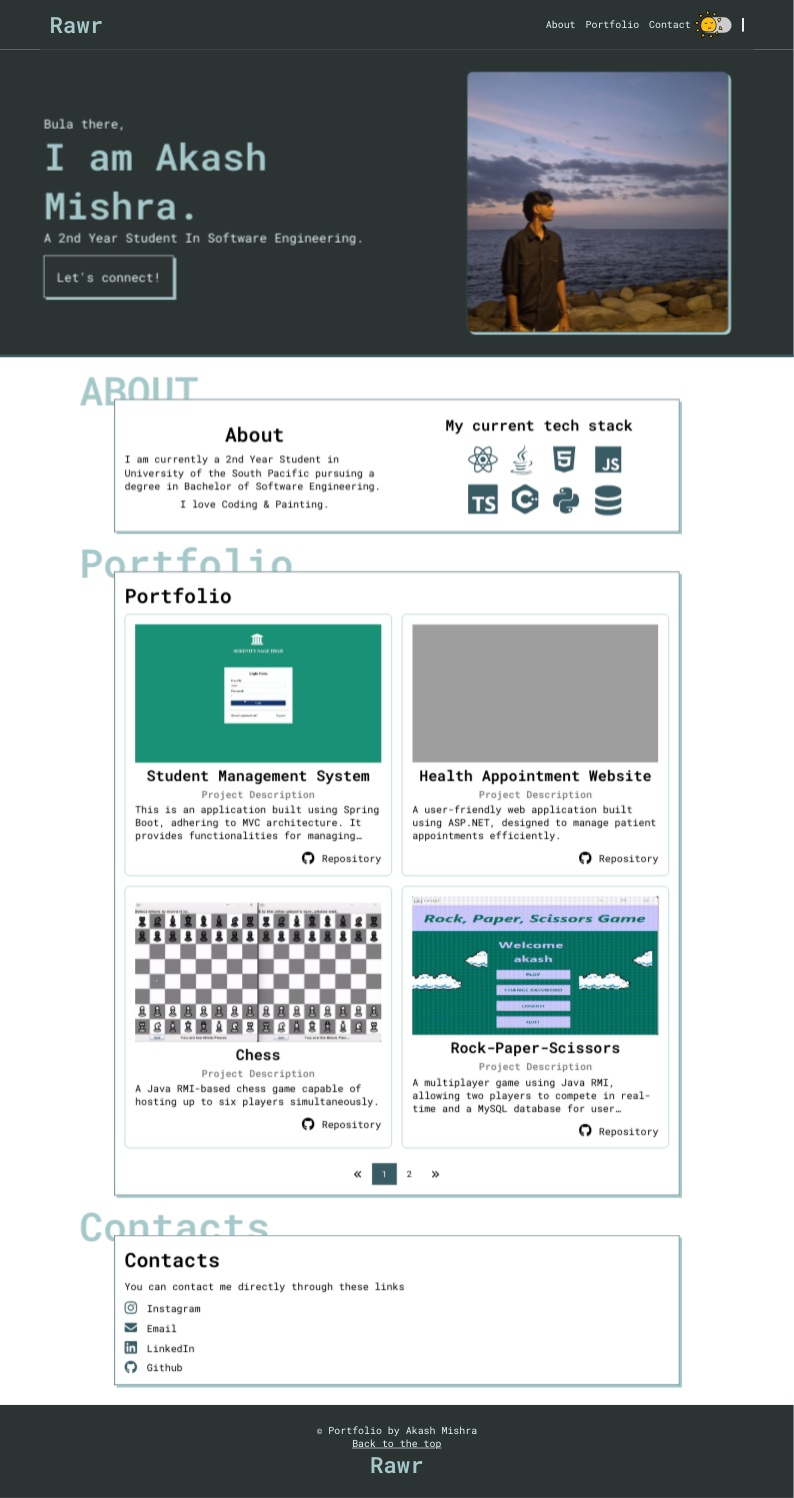
Repository: akashrawr/portfolio
Page: /
These files come from the project's save history. The page is drawn as it stood at one moment and after the next save; the edit follows.
The browser window is 1280 px wide. The pictures show the whole page, at 62% of full size.
Pictures or frames that could not be fetched are drawn as grey boxes. The project was rebuilt for these pictures with package versions that can differ from the ones it lists, and the page was loaded fresh each time.

Above is the page before, as saved 2025-01-01 18:57:21.

After the next save:
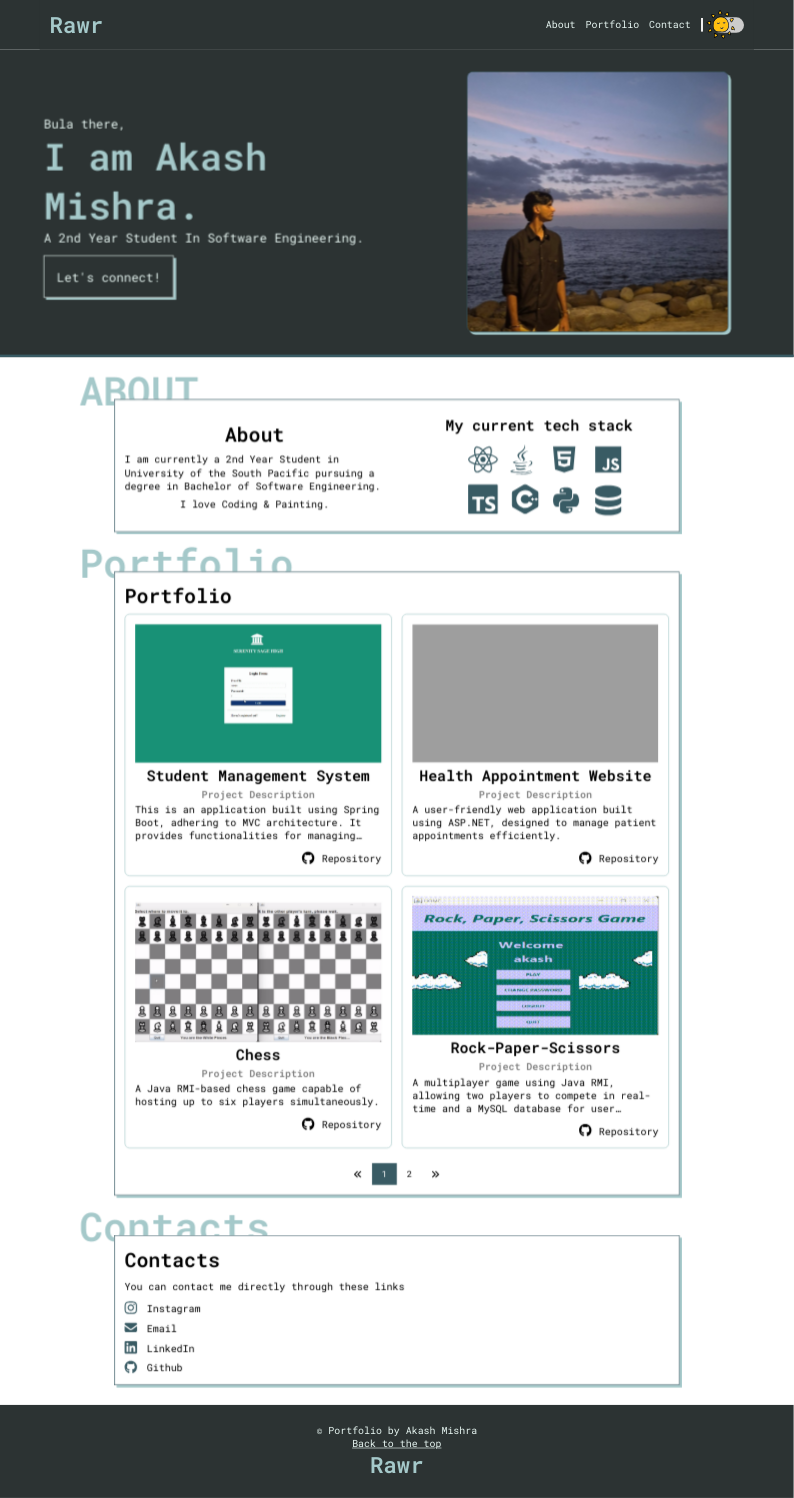
Saved 118 s later.
--- a/src/components/Header.js
+++ b/src/components/Header.js
@@ -32,24 +32,6 @@ function Header({ isNavVisible, toggleNav, darkMode, toggleDarkMode }) {
           <li>
             <a className="nav-link" href="#contact" onClick={toggleNav}>Contact</a>
           </li>
-
-          <li>
-            <label className="switch" aria-label="Toggle dark mode">
-              <input
-                type="checkbox"
-                checked={darkMode}
-                onChange={toggleDarkMode}
-                aria-checked={darkMode}
-              />
-              <span className="slider round">
-                {!darkMode ? (
-                  <img className="icon" src="./assets/icons/sun.svg" alt="Light Mode" />
-                ) : (
-                  <img className="icon" src="./assets/icons/moon.svg" alt="Dark Mode" />
-                )}
-              </span>
-            </label>
-          </li>
           {/* User Login Button */}
           <li>
             <button className="user-login-button" aria-label="User Login">
@@ -71,6 +53,24 @@ function Header({ isNavVisible, toggleNav, darkMode, toggleDarkMode }) {
               </div>
             </button>
           </li>
+          <li>
+            <label className="switch" aria-label="Toggle dark mode">
+              <input
+                type="checkbox"
+                checked={darkMode}
+                onChange={toggleDarkMode}
+                aria-checked={darkMode}
+              />
+              <span className="slider round">
+                {!darkMode ? (
+                  <img className="icon" src="./assets/icons/sun.svg" alt="Light Mode" />
+                ) : (
+                  <img className="icon" src="./assets/icons/moon.svg" alt="Dark Mode" />
+                )}
+              </span>
+            </label>
+          </li>
+          {/* User Login Button */}
         </ul>
       </nav>
     </header>
